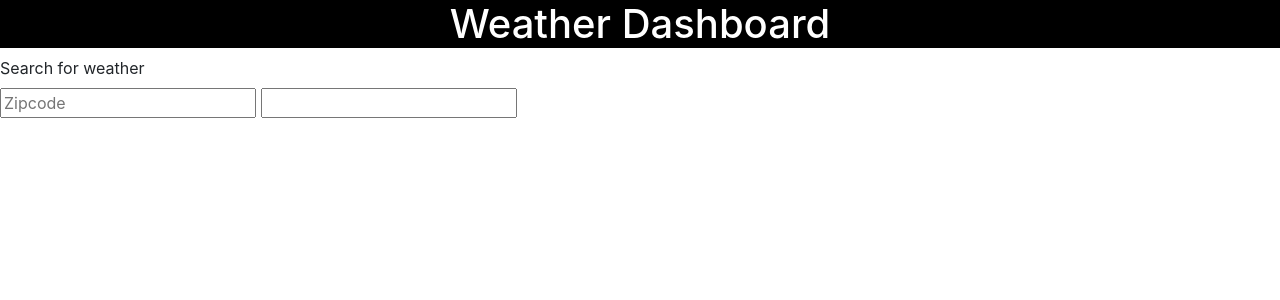
Repository: s88leigh/Weather-Dashboard
Page: index.html
These files come from the project's save history. The page is drawn as it stood at one moment and after the next save; the edit follows.
The browser window is 1280 px wide. The pictures show the whole page.

Above is the page before, as saved 2019-10-30 20:18:21.

### index.html
<!DOCTYPE html>
<html lang="en">
<head>
    <meta charset="UTF-8">
    <meta name="viewport" content="width=device-width, initial-scale=1.0">
    <meta http-equiv="X-UA-Compatible" content="ie=edge">
    <link rel="stylesheet" href="https://stackpath.bootstrapcdn.com/bootstrap/4.3.1/css/bootstrap.min.css" integrity="sha384-ggOyR0iXCbMQv3Xipma34MD+dH/1fQ784/j6cY/iJTQUOhcWr7x9JvoRxT2MZw1T" crossorigin="anonymous">
    <link rel="stylesheet" href="style.css">
    <title>Weather Dashboard</title>
</head>
<body>

    <div id="box">
        <h1>Weather Dashboard</h1>
    </div>

    <div id="left-b0x">
        <form id="weather-form">
            <label for="weather-input">Search for weather</label>
            <br>
            <input type="text" id="movie-input" placeholder="Zipcode">

            <!-- Button will trigger new zipcode to be added -->
            <input id="add zipcode" class=
        </form>

    </div>




</body>
</html>

### style.css


h1 {
    color: white;
    text-align: center;
    background-color: black;
}
#left-box {
    float: left;
    width: 30%;
    height: 500px;
    border: 1px solid black;
    padding: 10px;
    box-shadow: 5px 10px lightgray;


}
#right-box {
    float: left;
    width: 70%;
    height: 500px;
    border: 1px solid black;
    padding: 10px;
    box-shadow: 5px 10px lightgray;
}

After the next save:
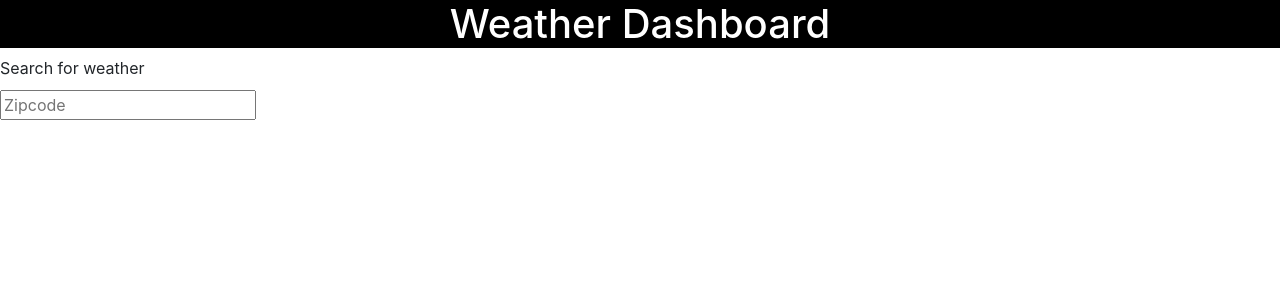
Saved 4 s later.
--- a/index.html
+++ b/index.html
@@ -21,7 +21,7 @@
             <input type="text" id="movie-input" placeholder="Zipcode">
 
             <!-- Button will trigger new zipcode to be added -->
-            <input id="add zipcode" class=
+            <input id="add zipcode" class="btn btn"
         </form>
 
     </div>
